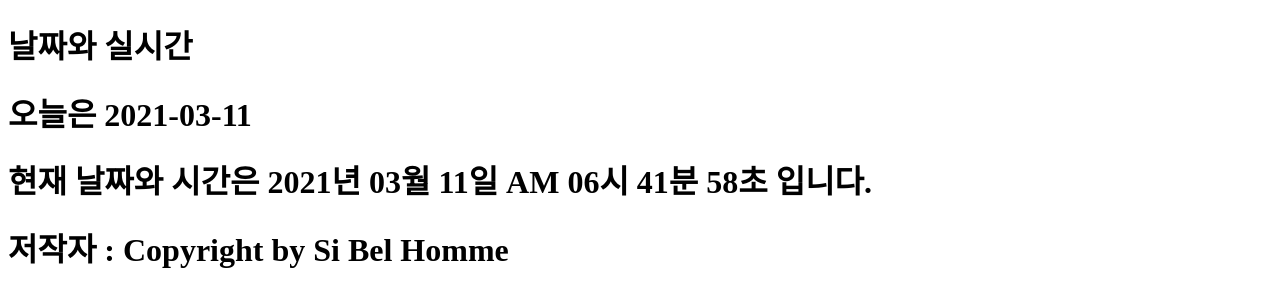
Repository: WK508/WK508---20201214_Webhosting
Page: http://localhost/Directive0312_2/import_2.jsp
The author's editor kept a copy of each file at every save. The page is drawn from the files as they stood at one save, then again after the next save.
The browser window is 1280 px wide. The pictures show the whole page.
The page is served by Tomcat 9.

Above is the page before, as saved 2021-03-12 05:18:03.

### 20210312/JSP/Directive0312_2/WebContent/import_2.jsp
<%@ page language="java" contentType="text/html; charset=UTF-8"
    pageEncoding="UTF-8"%>
    <%@ page import = "java.sql.Timestamp" %>
    <%@ page import = "java.util.Date" %>
    <%@ page import = "java.text.SimpleDateFormat" %>
    <%@ page info = "Copyright by Si Bel Homme" %>
    <%@ page session ="true" %>
<!DOCTYPE html>
<html>
<head>
<meta charset="UTF-8">
<title>날짜와 실시간</title>
</head>
<body>
   <h1>날짜와 실시간</h1>

   <%
      Timestamp now = new Timestamp(System.currentTimeMillis());
      SimpleDateFormat format = new SimpleDateFormat("yyyy-MM-dd");
      String strDate = format.format(now);

      Date nowTime = new Date();
      SimpleDateFormat date = new SimpleDateFormat("yyyy년 MM월 dd일 a hh시 mm분 ss초");
   %>

   <h1>오늘은 <%=strDate %></h1>
   <h1>현재 날짜와 시간은 <%=date.format(nowTime) %> 입니다.</h1>
   <h1>저작자 : <%=getServletInfo() %></h1>
</body>
</html>

After the next save:
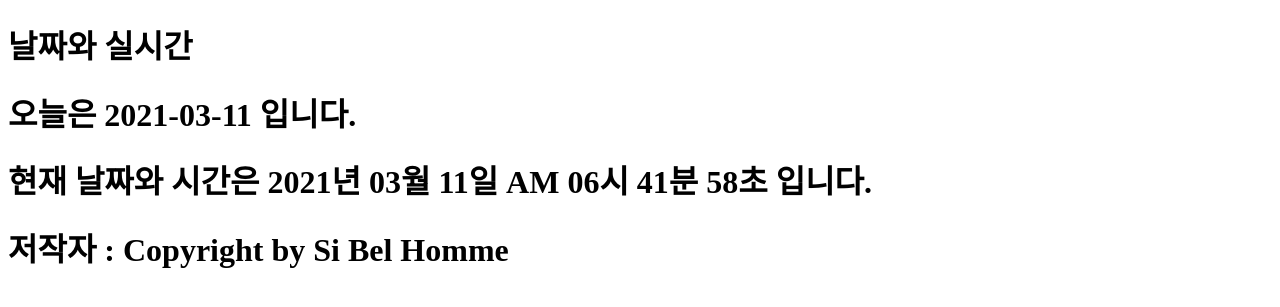
Saved 31 s later.
--- a/20210312/JSP/Directive0312_2/WebContent/import_2.jsp
+++ b/20210312/JSP/Directive0312_2/WebContent/import_2.jsp
@@ -23,7 +23,7 @@
       SimpleDateFormat date = new SimpleDateFormat("yyyy년 MM월 dd일 a hh시 mm분 ss초");
    %>
 
-   <h1>오늘은 <%=strDate %></h1>
+   <h1>오늘은 <%=strDate %> 입니다.</h1>
    <h1>현재 날짜와 시간은 <%=date.format(nowTime) %> 입니다.</h1>
    <h1>저작자 : <%=getServletInfo() %></h1>
 </body>
